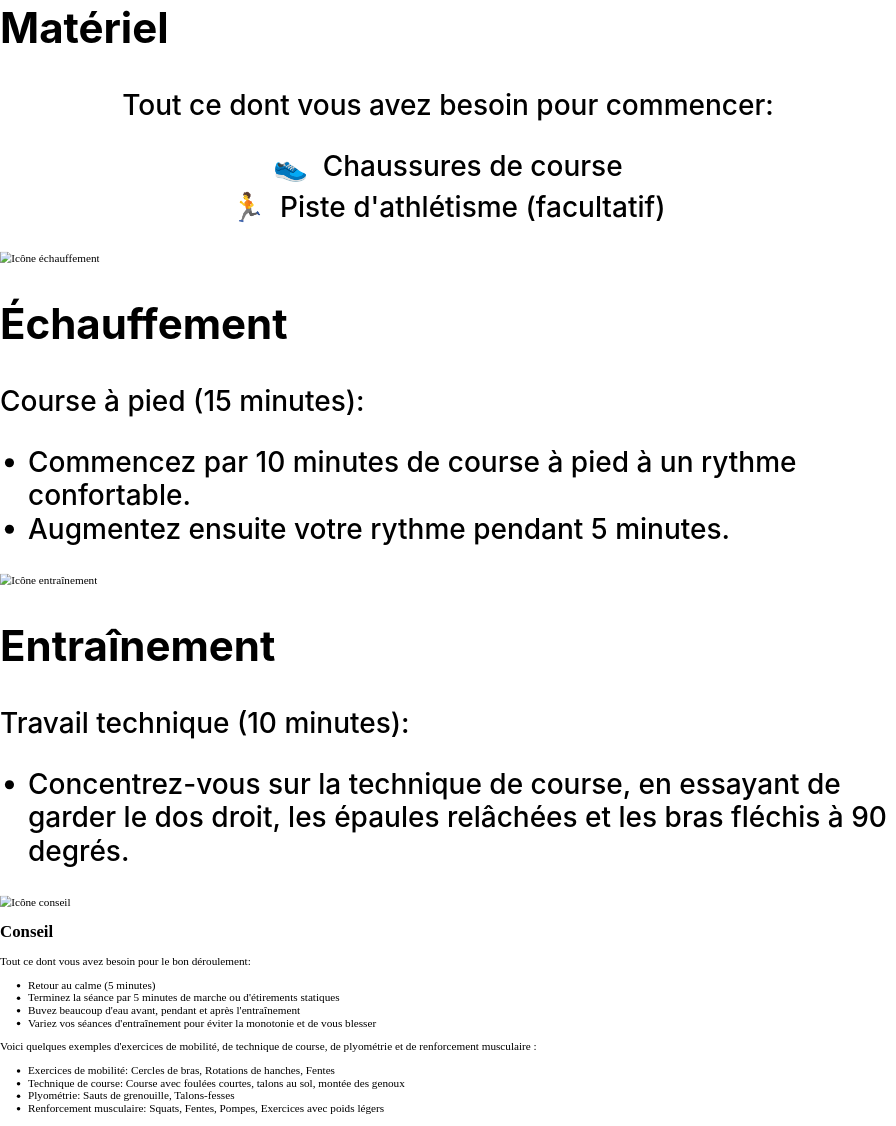
Repository: AdilGHAZAL/MosaiqueWebdoc
Page: /
An editor plug-in stored every save of this project. The page is shown before and after the next save, followed by the edit.
The browser window is 1280 px wide. The pictures show the part of the page from y = 712 to 2632 px (the page is 2320 px tall before and 2632 px after), at 70% of full size.
Some web fonts or font styles are not loaded; a fallback is used. The project was rebuilt for these pictures with package versions that can differ from the ones it lists, and the page was loaded fresh each time. Also part of the build but not shown: vite.config.js, src/App.css, src/components/Navbar.css, src/components/Navbar.jsx, src/components/Athletes.css, src/components/Athletes.jsx, src/components/Athletes2.jsx, src/components/Athletes3.jsx and 18 more.

Above is the page before, as saved 2024-05-02 17:17:29.

After the next save:
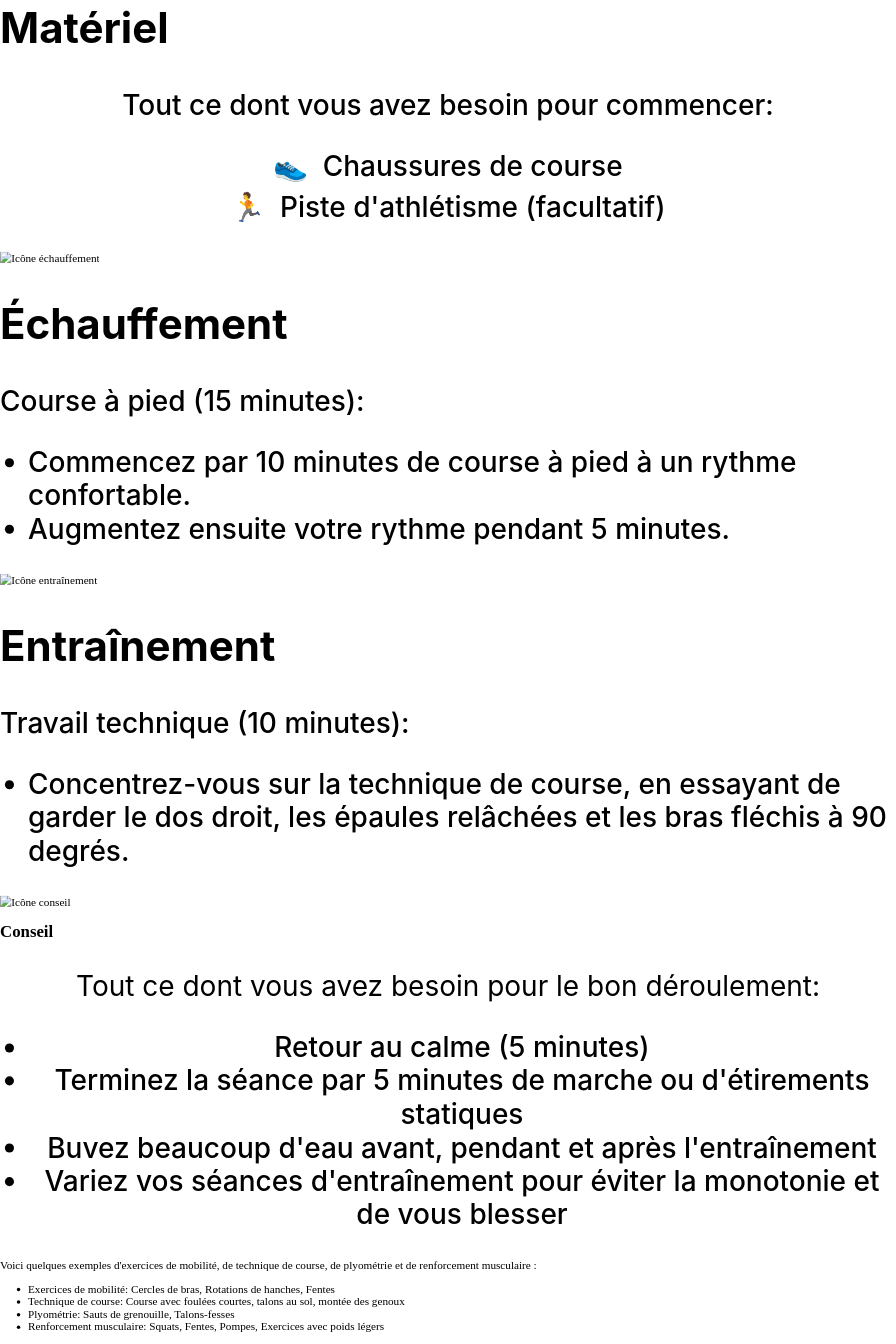
Saved 77 s later.
--- a/src/TrainingPage.jsx
+++ b/src/TrainingPage.jsx
@@ -46,8 +46,8 @@
         <img src="" alt="Icône conseil" />
         <h2>Conseil</h2>
         <div>
-          <p>Tout ce dont vous avez besoin pour le bon déroulement:</p>
-          <ul>
+          <p className="section-advice-paragraph">Tout ce dont vous avez besoin pour le bon déroulement:</p>
+          <ul className="section-advice-list">
             <li>Retour au calme (5 minutes)</li>
             <li>Terminez la séance par 5 minutes de marche ou d'étirements statiques</li>
             <li>Buvez beaucoup d'eau avant, pendant et après l'entraînement</li>

After the save that followed:
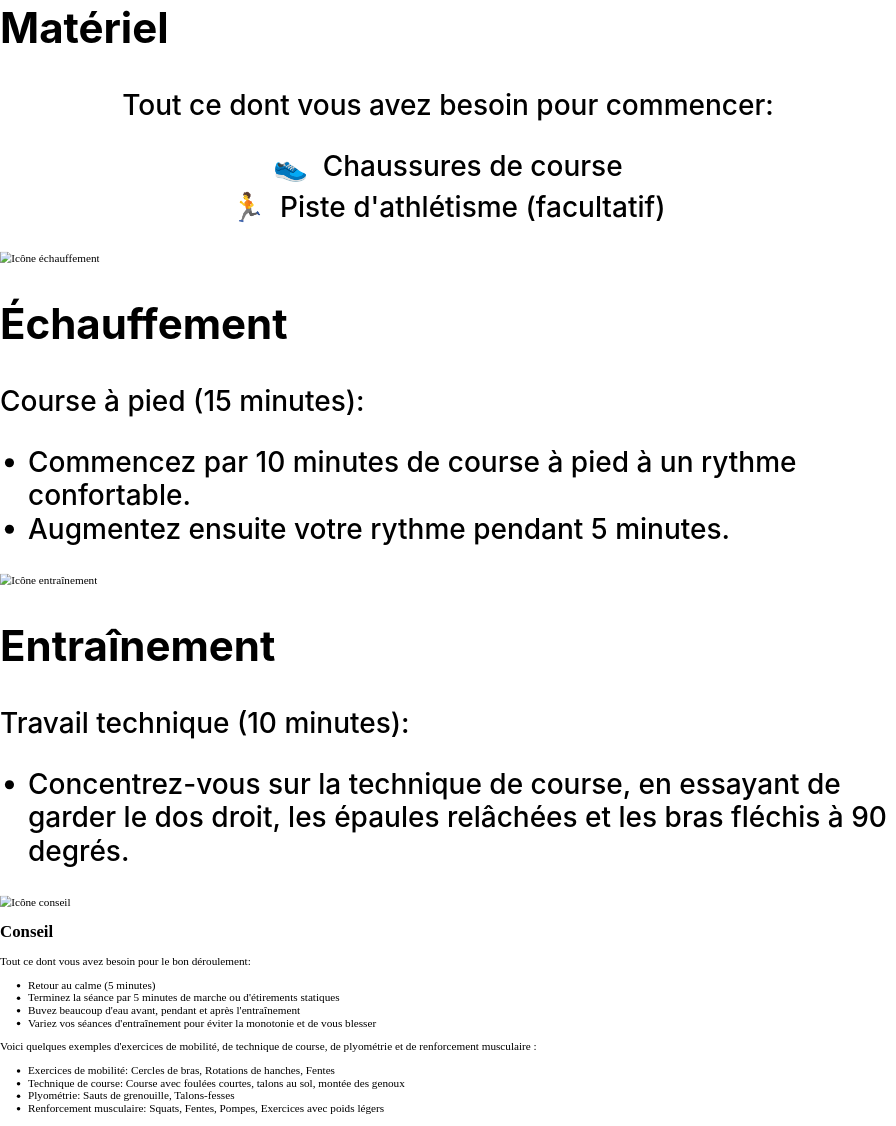
Saved 2 min 53 s later.
--- a/src/TrainingPage.jsx
+++ b/src/TrainingPage.jsx
@@ -46,8 +46,8 @@
         <img src="" alt="Icône conseil" />
         <h2>Conseil</h2>
         <div>
-          <p className="section-advice-paragraph">Tout ce dont vous avez besoin pour le bon déroulement:</p>
-          <ul className="section-advice-list">
+          <p>Tout ce dont vous avez besoin pour le bon déroulement:</p>
+          <ul>
             <li>Retour au calme (5 minutes)</li>
             <li>Terminez la séance par 5 minutes de marche ou d'étirements statiques</li>
             <li>Buvez beaucoup d'eau avant, pendant et après l'entraînement</li>
